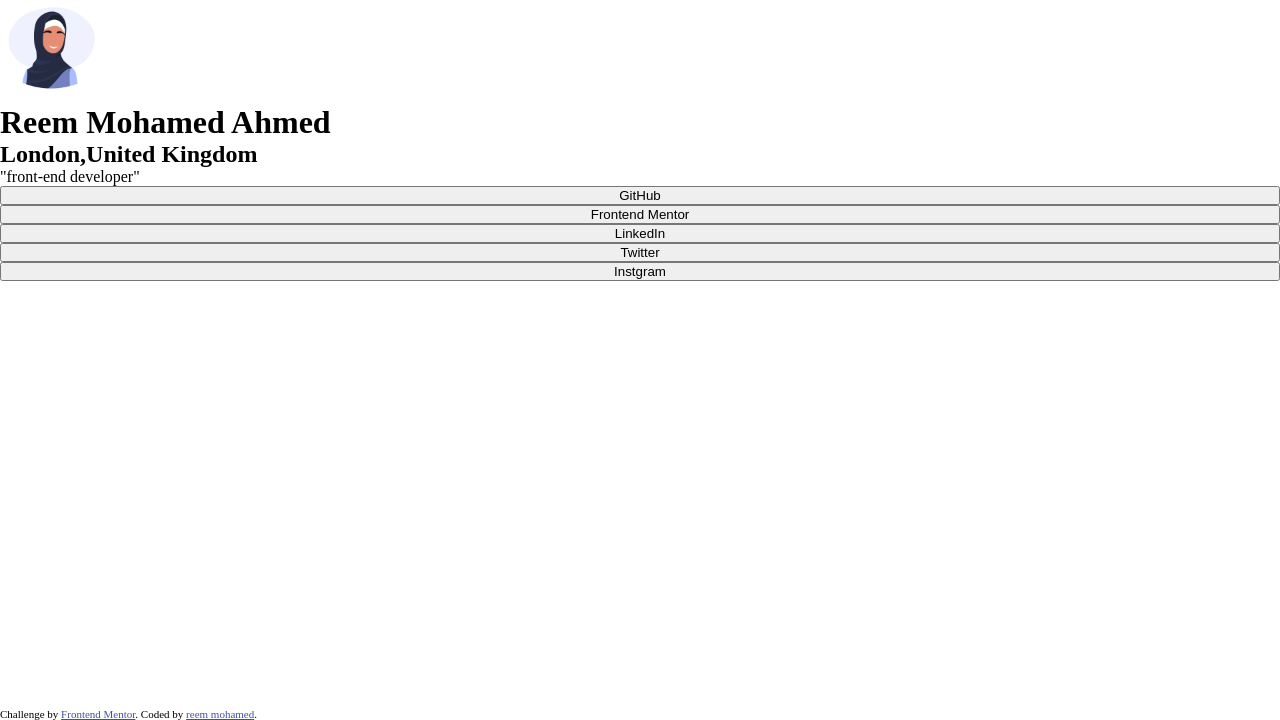
Repository: reemoon-ctrl/social_links_profile_main
Page: index.html
These files come from the project's save history. The page is drawn as it stood at one moment and after the next save; the edit follows.
The browser window is 1280 px wide. The pictures show the whole page.

Above is the page before, as saved 2024-07-23 10:12:26.

After the next save:
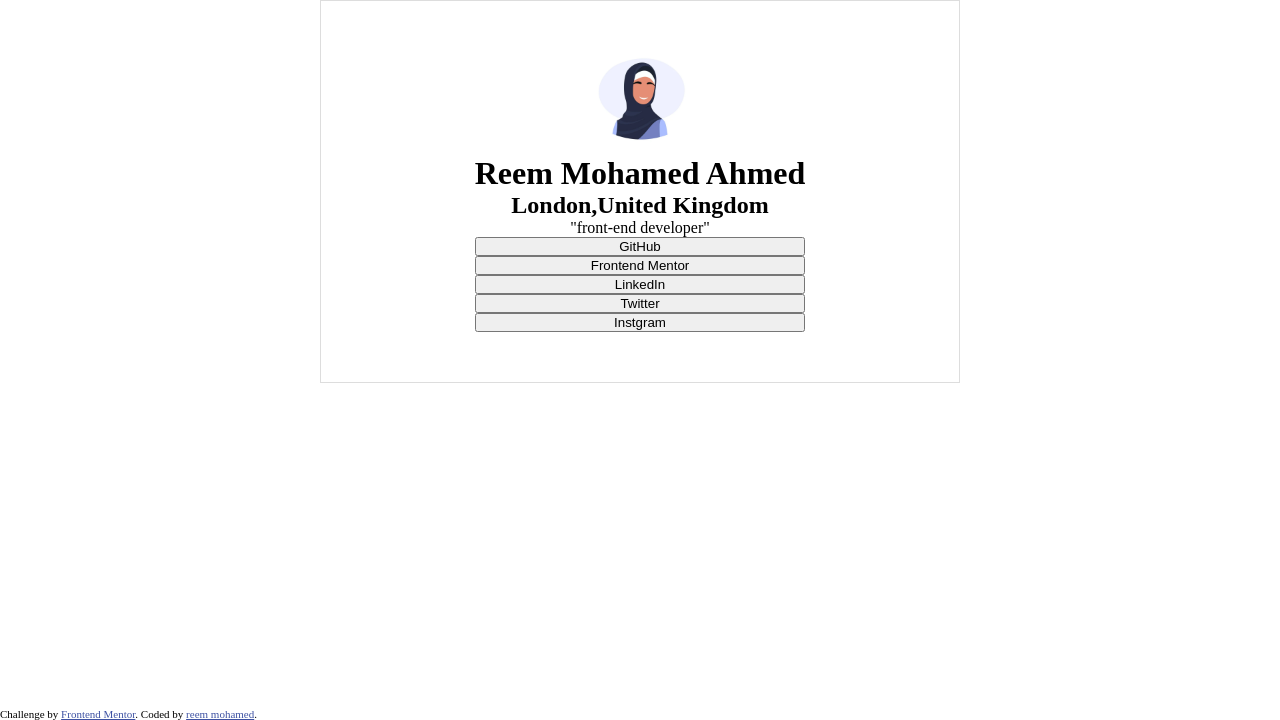
Saved 17 s later.
--- a/index.css
+++ b/index.css
@@ -12,7 +12,7 @@ body{
     min-height: 100vh;
 
 }
-.main-container{
+.position-container{
     display: flex;
     flex-direction: column;
     border:1px solid #ddd;
